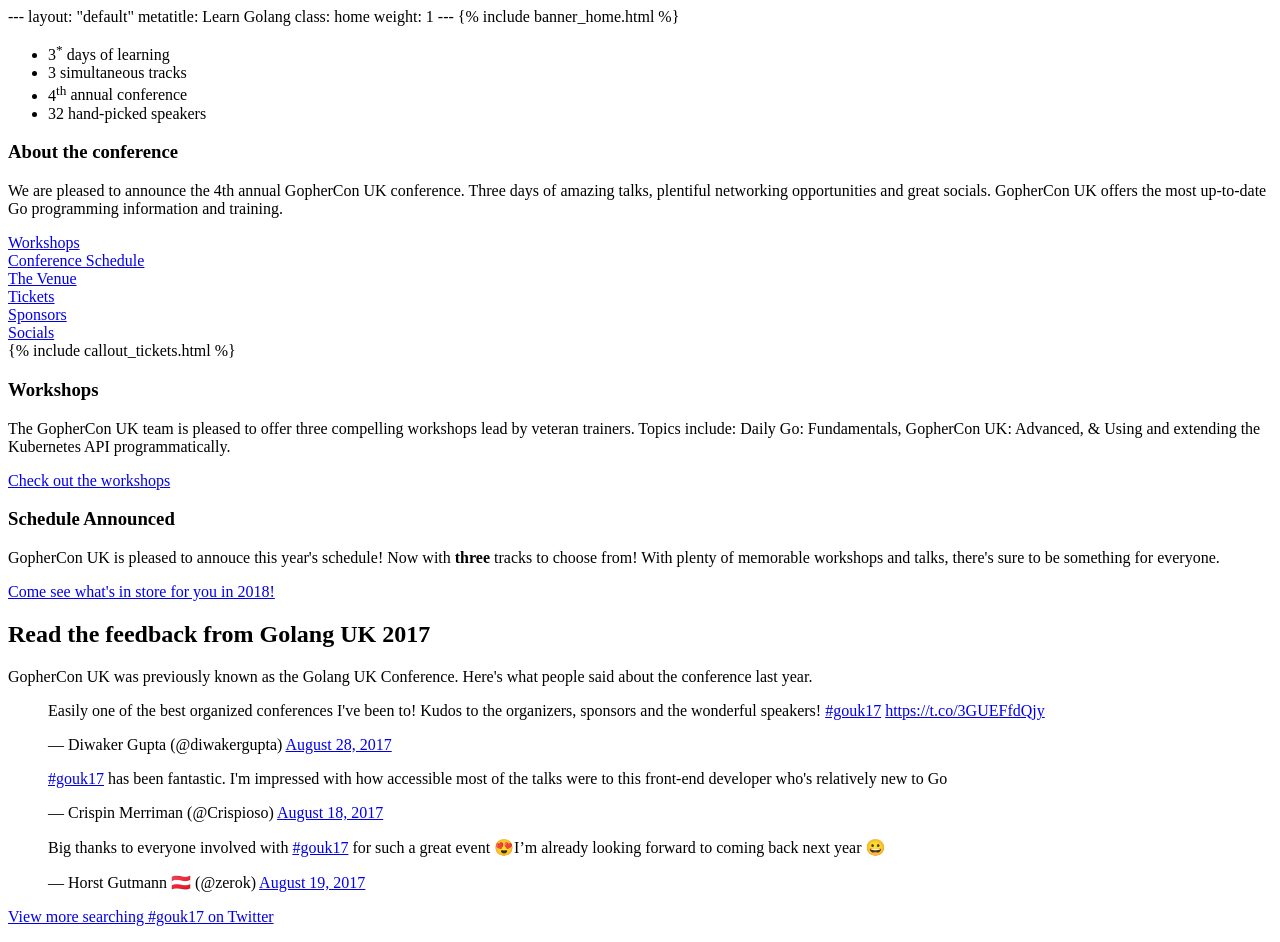
Repository: vitisevents/appliedai
Page: /
The author's editor kept a copy of each file at every save. The page is drawn from the files as they stood at one save, then again after the next save.
The browser window is 1280 px wide. The pictures show the whole page.
The project was rebuilt for these pictures with package versions that can differ from the ones it lists, and the page was loaded fresh each time. Also part of the build but not shown: webpack.config.js.

Above is the page before, as saved 2018-06-13 20:49:13.
Console error: ReferenceError: define is not defined

After the next save:
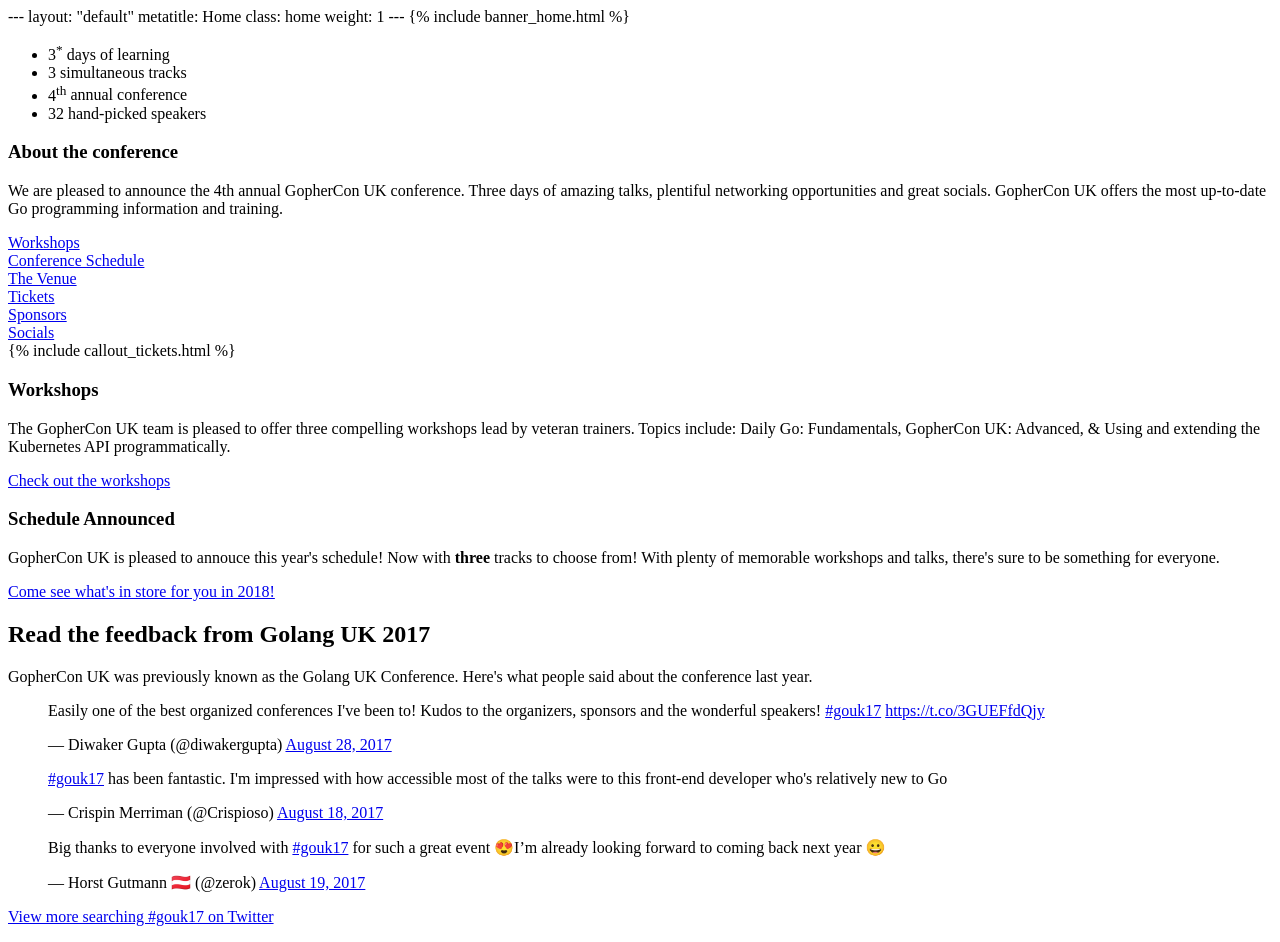
Saved 12 min 59 s later.
--- a/index.html
+++ b/index.html
@@ -1,6 +1,6 @@
 ---
 layout: "default"
-metatitle: Learn Golang
+metatitle: Home
 class: home
 weight: 1
 ---
